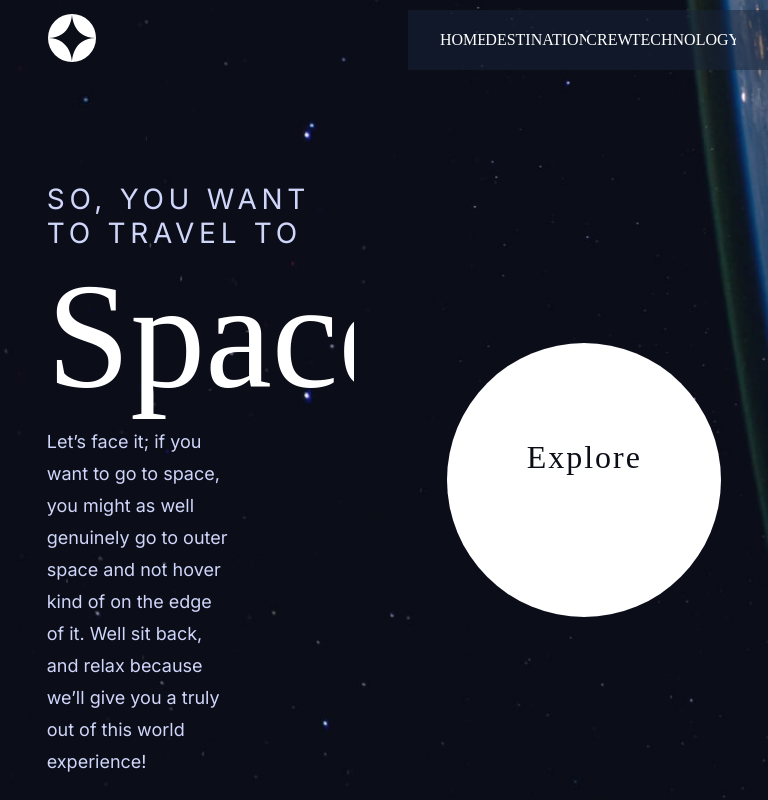
Repository: nilesjamex/space
Page: /
An editor plug-in stored every save of this project. The page is shown before and after the next save, followed by the edit.
The browser window is 768 px wide. The pictures show the whole page.
Some web fonts or font styles are not loaded; a fallback is used. Some web libraries are served in a nearby version. The project was rebuilt for these pictures with package versions that can differ from the ones it lists, and the page was loaded fresh each time. The framework's server and built-in components were replaced by stand-ins that run in the browser. Also part of the build but not shown: next.config.js.

Above is the page before, as saved 2022-01-08 03:55:13.

After the next save:
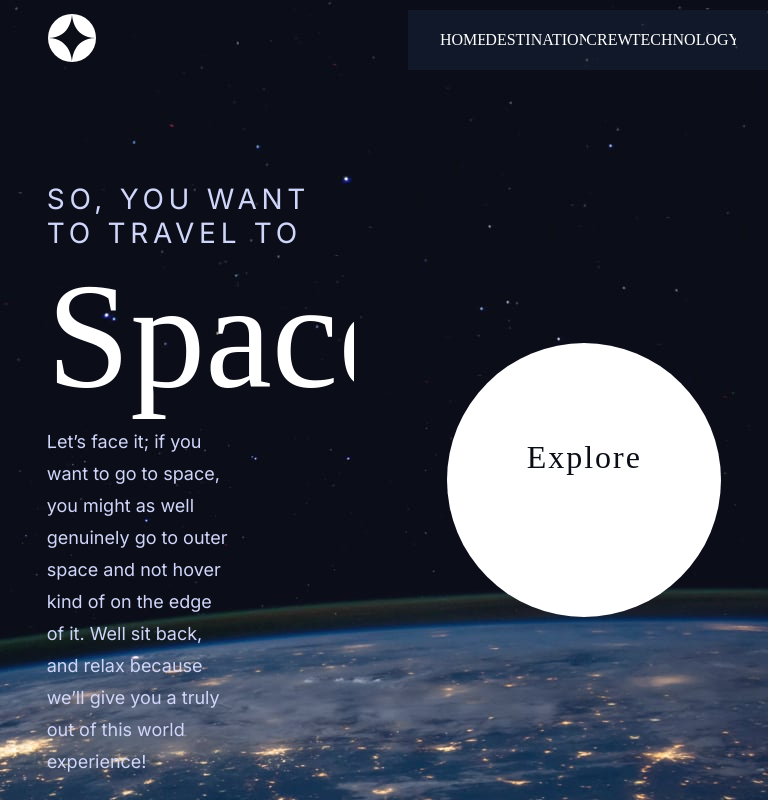
Saved 5 min 40 s later.
--- a/Components/home.module.css
+++ b/Components/home.module.css
@@ -65,3 +65,9 @@
     letter-spacing: 2px;
     color: #0B0D17;
 }
+
+@media screen and (max-width: 900px) {
+    .Homes {
+        background: url('../public/assets/home/background-home-tablet.jpg');
+    }
+}
